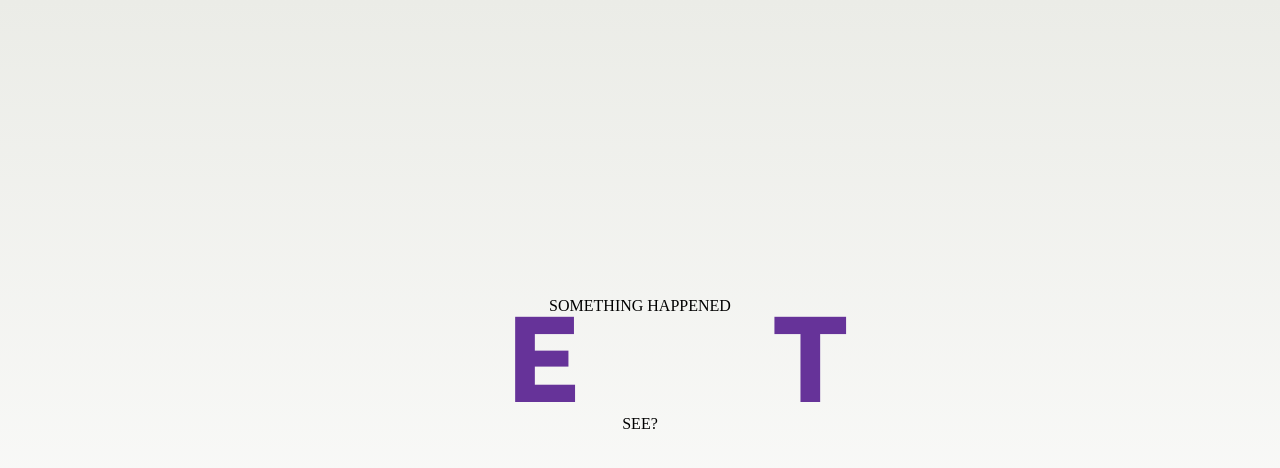
Repository: jameyel/hackathon-frontend
Page: index.html
The author's editor kept a copy of each file at every save. The page is drawn from the files as they stood at one save, then again after the next save.
The browser window is 1280 px wide. The pictures show the whole page.
Pictures or frames that could not be fetched are drawn as grey boxes.

Above is the page before, as saved 2018-12-19 10:36:54.

After the next save:
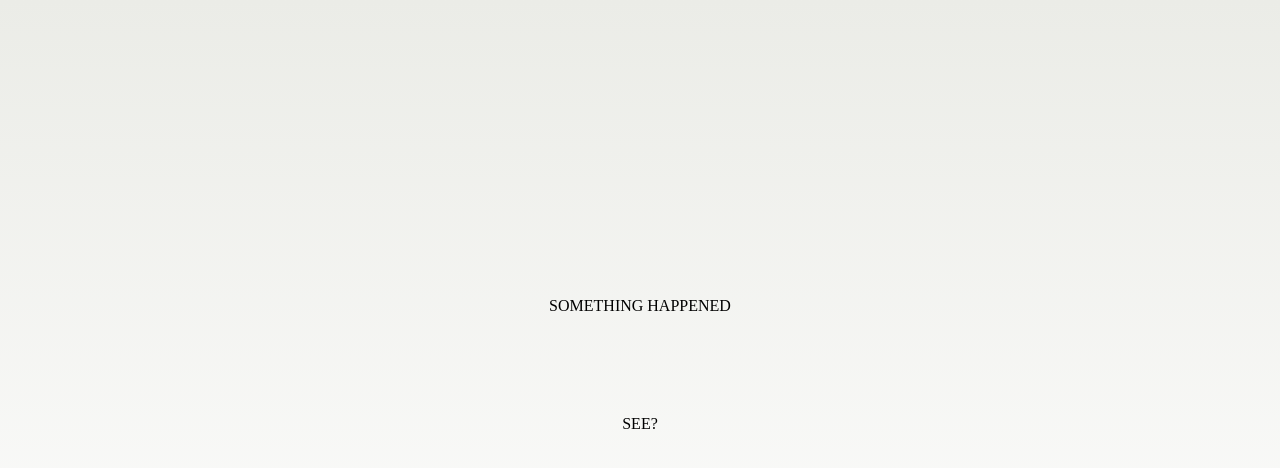
Saved 10 min 5 s later.
--- a/css/main.css
+++ b/css/main.css
@@ -56,9 +56,9 @@
   flex-direction: column;
 }
 
-span:nth-child(2n) {
+/* span:nth-child(2n) {
   color: #663399;
-}
+} */
 
 .money {
   font-weight: 800;
@@ -66,7 +66,7 @@
   font-size: 120px;
   background: url('https://phandroid.s3.amazonaws.com/wp-content/uploads/2014/05/rainbow-nebula.jpg')
     repeat;
-  background-position: 40% 50%;
+  /* background-position: 40% 50%; */
   -webkit-background-clip: text;
   background-clip: text;
   position: relative;
